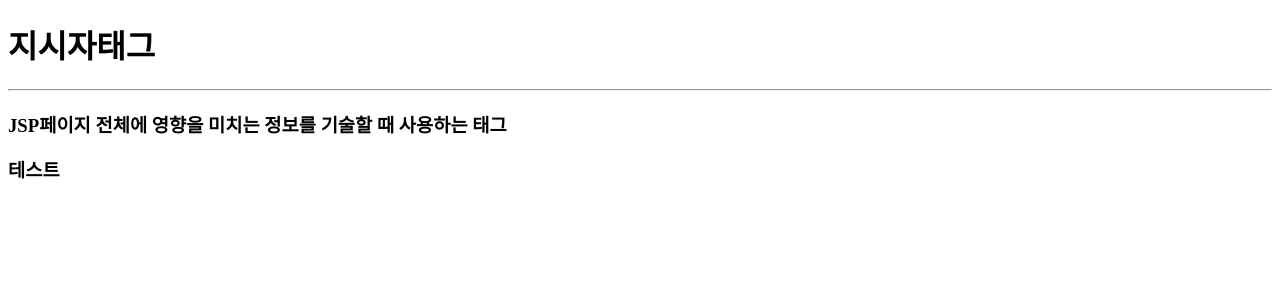
Repository: JWbase/Web_JAVA
Page: http://localhost/04_jspProject/jsp/directivTag.jsp
The author's editor kept a copy of each file at every save. The page is drawn from the files as they stood at one save, then again after the next save.
The browser window is 1280 px wide. The pictures show the whole page.
The page is served by Tomcat 9.

Above is the page before, as saved 2022-08-30 05:59:04.

### web-workspace/04_jspProject/src/main/webapp/jsp/directivTag.jsp
<%@ page language="java" contentType="text/html; charset=UTF-8"
	pageEncoding="UTF-8"%>
<%-- 해당 클래스에서 사용하고 싶은 클래스를 import할때 지시자태그 사용 --%>
<%@ page import="java.util.ArrayList"%>
<!DOCTYPE html>
<html>
<head>
<meta charset="UTF-8">
<title>Insert title here</title>
</head>
<body>
	<h1>지시자태그</h1>
	<hr>
	<h3>JSP페이지 전체에 영향을 미치는 정보를 기술할 때 사용하는 태그</h3>

	<h3>테스트</h3>
</body>
</html>

After the next save:
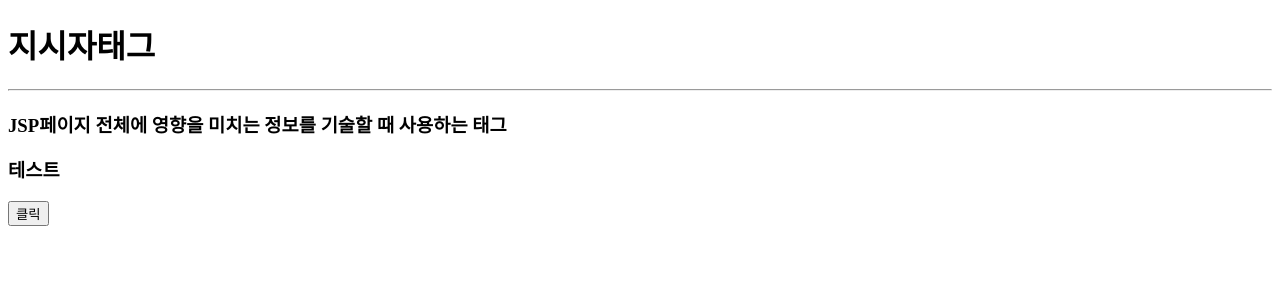
Saved 65 s later.
--- a/web-workspace/04_jspProject/src/main/webapp/jsp/directivTag.jsp
+++ b/web-workspace/04_jspProject/src/main/webapp/jsp/directivTag.jsp
@@ -14,5 +14,6 @@
 	<h3>JSP페이지 전체에 영향을 미치는 정보를 기술할 때 사용하는 태그</h3>
 
 	<h3>테스트</h3>
+	<button onclick="func1();">클릭</button>
 </body>
 </html>
